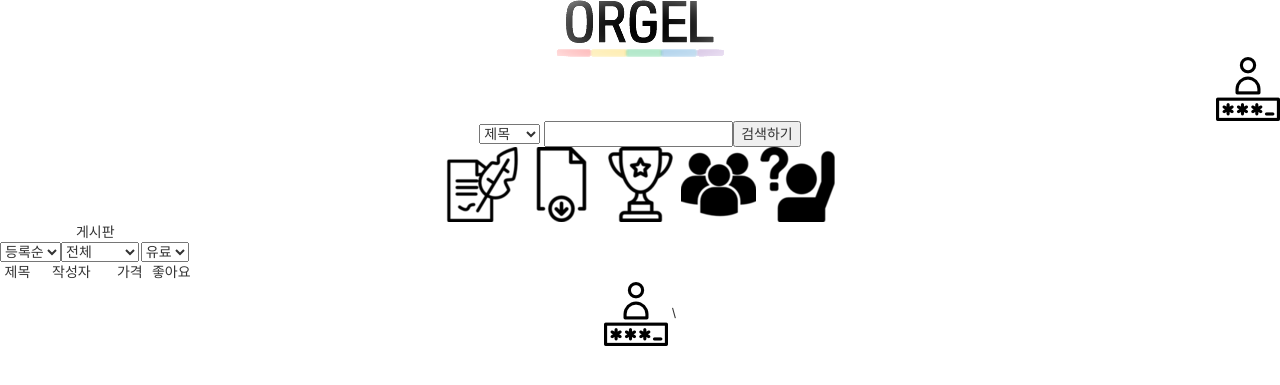
Repository: 2018YoungJinCollege-Com-3WDJ-3Group/WebCode
Page: http://localhost/sellboard
The author's editor kept a record of every edit. The page is drawn from the files as they stood at one moment, then again after the next edit.
The browser window is 1280 px wide. The pictures show the whole page.
The page is served by the project's Laravel application, run on PHP 8.4 with Laravel 8. Queries for data that is not in the repository find no rows.

Above is the page before.
Console error (its wording comes from the project's code and is left out).

After the next edit:
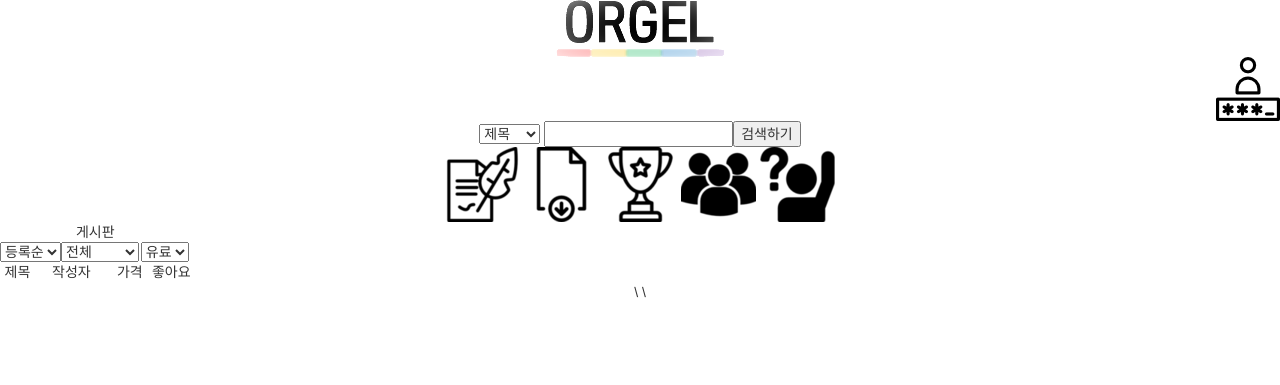
The edit:
--- a/20180326/project/resources/views/sellboard/index.blade.php
+++ b/20180326/project/resources/views/sellboard/index.blade.php
@@ -56,7 +56,7 @@
         @if(session()->get('is_login'))
         <a href="{{route('sellboard.create')}}" class="btn btn-primary">판매하기</a>
         @else
-        <a href="{{route('getLogin')}}"><img src="/img/login_icon.png"></a>
+        \
         @endif
         \
     </div>
